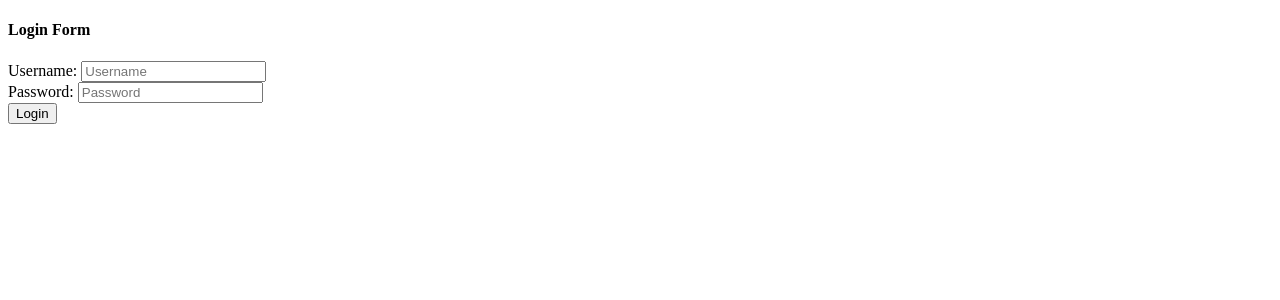
Repository: TGasco/SelfHostedCloud
Page: server/public/login.html
The author's editor kept a copy of each file at every save. The page is drawn from the files as they stood at one save, then again after the next save.
The browser window is 1280 px wide. The pictures show the whole page.

Above is the page before, as saved 2022-12-30 22:53:51.

### server/public/login.html
<!DOCTYPE html>
<html lang="en">
    <head>
        <meta charset="UTF-8">
        <meta name="viewport" content="width=device-width, initial-scale=1.0">
        <meta http-equiv="X-UA-Compatible" content="ie=edge">
        <title>Self Hosted Cloud--Login</title>
    </head>
    <body>
        <!-- Main static page elements here -->
        <div class="title">
            <h4>Login Form</h4>
        </div>

        <div class="login">
            <form action="/login" method="post">
                <div class="form-group">
                    <label for="username">Username:</label>
                    <input type="text" name="username" id="username" class="form-control" placeholder="Username">
                </div>
                <div class="form-group">
                    <label for="password">Password:</label>
                    <input type="password" name="password" id="password" class="form-control" placeholder="Password">
                </div>
                <div>
                    <button type="submit" class="btn btn-primary">Login</button>
                </div>
        </div>
    </body>
</html>

After the next save:
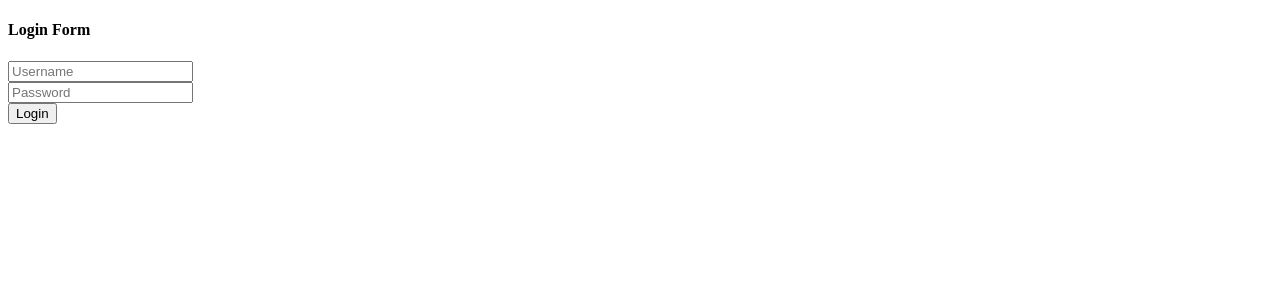
Saved 94 s later.
--- a/server/public/login.html
+++ b/server/public/login.html
@@ -15,11 +15,9 @@
         <div class="login">
             <form action="/login" method="post">
                 <div class="form-group">
-                    <label for="username">Username:</label>
                     <input type="text" name="username" id="username" class="form-control" placeholder="Username">
                 </div>
                 <div class="form-group">
-                    <label for="password">Password:</label>
                     <input type="password" name="password" id="password" class="form-control" placeholder="Password">
                 </div>
                 <div>
